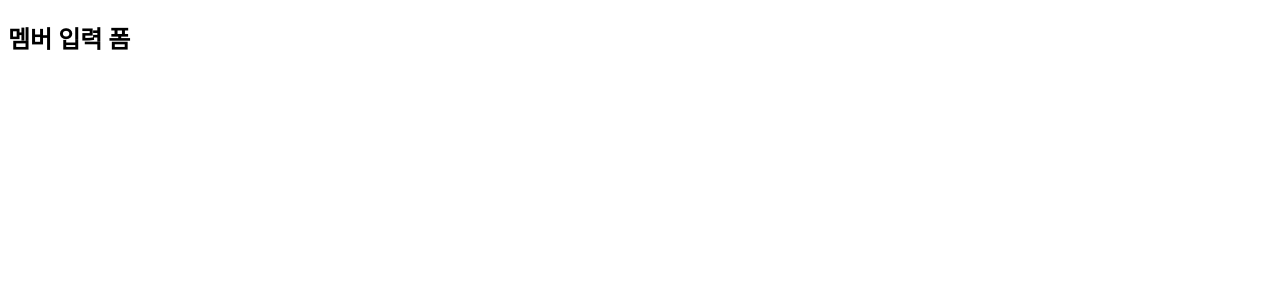
Repository: y0y00700/Jsp_study
Page: http://localhost/web-Practice/javaBean/addMember.jsp
An editor plug-in stored every save of this project. The page is shown before and after the next save, followed by the edit.
The browser window is 1280 px wide. The pictures show the whole page.
The page is served by Tomcat 9. Other server files are loaded and not shown.

Above is the page before, as saved 2024-09-22 11:30:44.

### jsp_workspace/web-Practice/src/main/webapp/javaBean/addMember.jsp
<%@ page language="java" contentType="text/html; charset=UTF-8"
    pageEncoding="UTF-8"%>
<!DOCTYPE html>
<html>
<head>
<meta charset="UTF-8">
<title>멤버 가입 입력 폼</title>
</head>
<body>
	<h2>멤버 입력 폼</h2>
	<form method = "get" action = "addMember.jsp">

	</form>
</body>
</html>

After the next save:
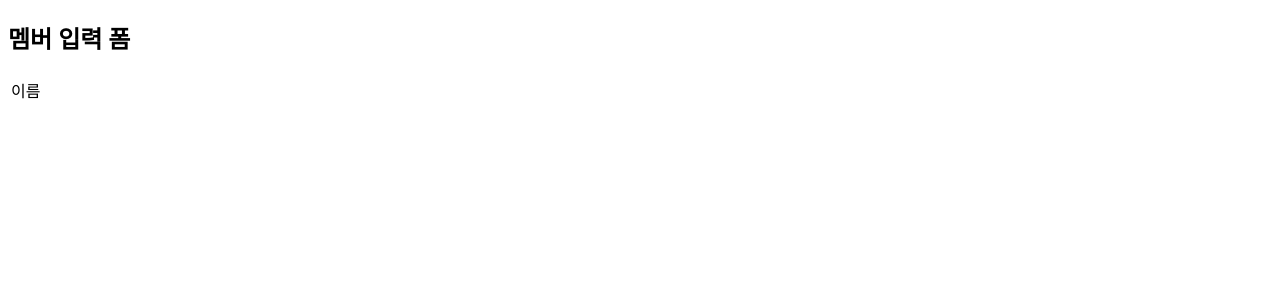
Saved 16 s later.
--- a/jsp_workspace/web-Practice/src/main/webapp/javaBean/addMember.jsp
+++ b/jsp_workspace/web-Practice/src/main/webapp/javaBean/addMember.jsp
@@ -9,7 +9,12 @@
 <body>
 	<h2>멤버 입력 폼</h2>
 	<form method = "get" action = "addMember.jsp">
+		<table>
+			<tr>
+				<td> 이름 </td>
 
+			</tr>
+		</table>
 	</form>
 </body>
 </html>
